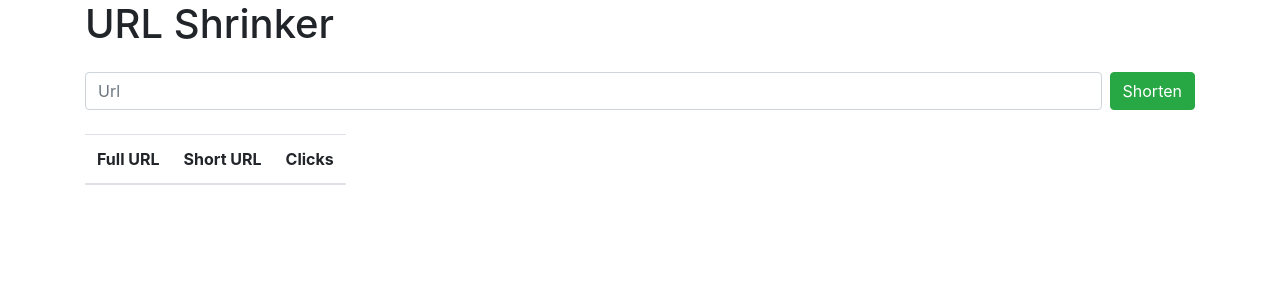
Repository: Art101-ui/Url-shorterner
Page: http://localhost/
These files come from the project's save history. The page is drawn as it stood at one moment and after the next save; the edit follows.
The browser window is 1280 px wide. The pictures show the whole page.
The page is served by the project's Node server (server.js). Queries for data that is not in the repository find no rows.

Above is the page before, as saved 2022-02-24 14:22:42.

After the next save:
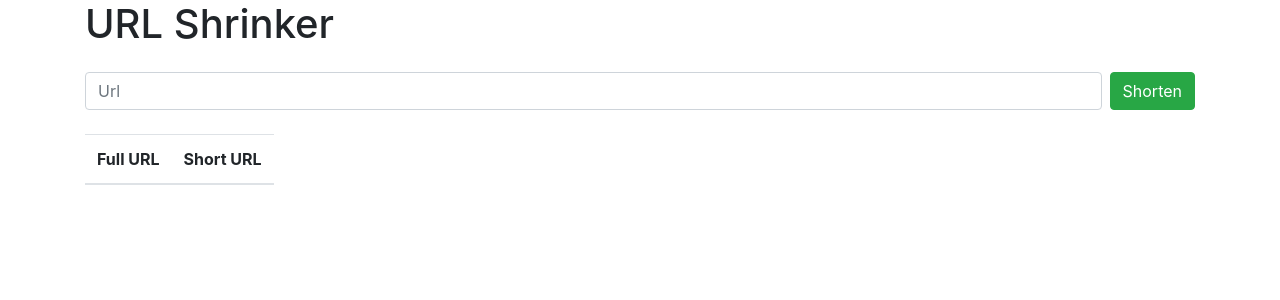
Saved 52 s later.
--- a/views/index.ejs
+++ b/views/index.ejs
@@ -33,7 +33,6 @@
           <tr>
             <th>Full URL</th>
             <th>Short URL</th>
-            <th>Clicks</th>
           </tr>
         </thead>
         <tbody>
@@ -41,7 +40,6 @@
           <tr>
             <td><a href="<%= shortUrl.full %>"><%= shortUrl.full %></a></td>
             <td><a href="<%= shortUrl.short %>"><%= shortUrl.short %></a></td>
-            <td><%= shortUrl.clicks %></td>
           </tr>
           <% }) %>
         </tbody>
